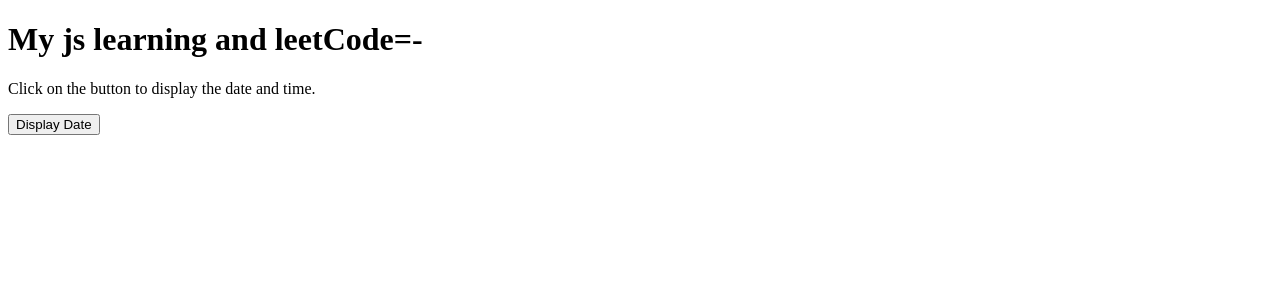
Repository: Reyanabid123/leetcode
Page: index.html
These files come from the project's save history. The page is drawn as it stood at one moment and after the next save; the edit follows.
The browser window is 1280 px wide. The pictures show the whole page.

Above is the page before, as saved 2025-01-01 22:33:58.
Not found: style.css

### index.html
<!DOCTYPE html>
<html lang="en">
<head>
  <meta charset="UTF-8">
  <meta name="viewport" content="width=device-width, initial-scale=1.0">
  <title>My js learning and leetCode=-</title>
  <link rel="stylesheet" href="style.css">
</head>
<body>
  <div class="box">
    <h1>My js learning and leetCode=-</h1>
    <p>Click on the button to display the date and time.</p>
    <button onclick="displayDate()">Display Date</button>
    <p id="demo"></p>
  </div>
</body>
</html>

### css/style.css
/* Reset default styles */
* {
    margin: 0;
    padding: 0;
    box-sizing: border-box;
}

/* Basic document setup */
html {
    font-size: 16px;
    scroll-behavior: smooth;
}

body {
    font-family: Arial, sans-serif;
    line-height: 1.6;
    color: #333;
    background-color: #fff;
}

/* Container class for content */
.container {
    width: 100%;
    max-width: 1200px;
    margin: 0 auto;
    padding: 0 1rem;
}

/* Basic link styling */
a {
    color: #007bff;
    text-decoration: none;
}

a:hover {
    text-decoration: underline;
}

/* Basic image styling */
img {
    max-width: 100%;
    height: auto;
}

After the next save:
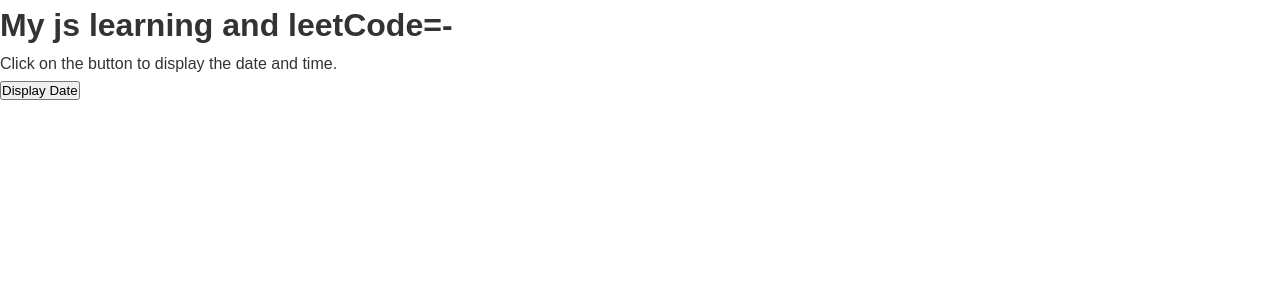
Saved 12 s later.
--- a/index.html
+++ b/index.html
@@ -4,7 +4,7 @@
   <meta charset="UTF-8">
   <meta name="viewport" content="width=device-width, initial-scale=1.0">
   <title>My js learning and leetCode=-</title>
-  <link rel="stylesheet" href="style.css">
+  <link rel="stylesheet" href="css/style.css">
 </head>
 <body>
   <div class="box">
